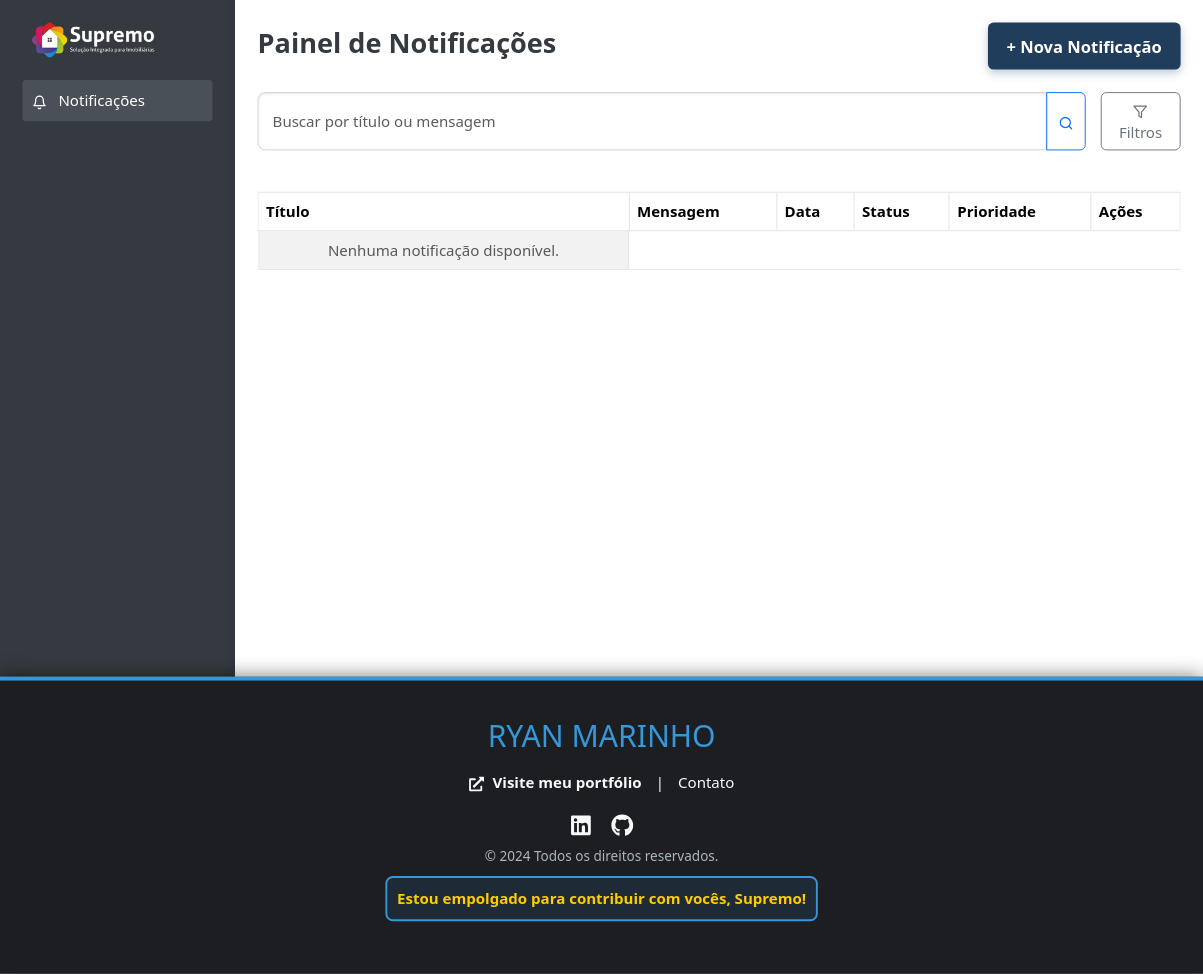
Repository: ryanmarinhodev/Supremo-teste-tecnico
Page: /notifications
The author's editor kept a copy of each file at every save. The page is drawn from the files as they stood at one save, then again after the next save.
The browser window is 1280 px wide. The pictures show the whole page, at 94% of full size.
The pointer rests on the first visible `.footer-note`.
The project was rebuilt for these pictures with package versions that can differ from the ones it lists, and the page was loaded fresh each time. Also part of the build but not shown: src/App.css, src/Components/Login/index.jsx.

Above is the page before, as saved 2024-11-07 20:07:50.

After the next save:
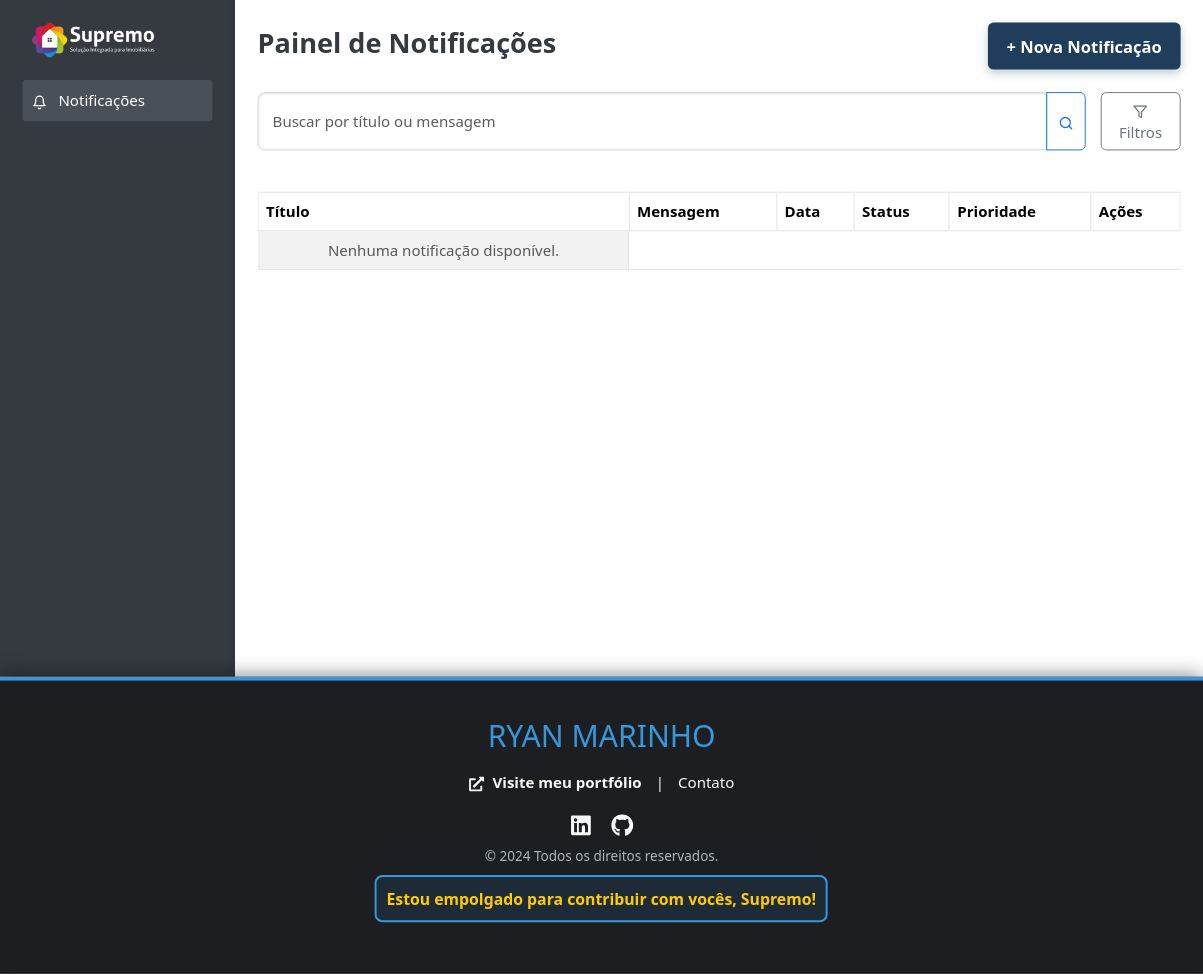
Saved 16 s later.
--- a/src/Components/Notifications/notification.css
+++ b/src/Components/Notifications/notification.css
@@ -287,3 +287,7 @@ button:hover {
   background-color: rgba(52, 152, 219, 0.1); /* Fundo leve azul claro */
   transition: transform 0.3s; /* Transição suave para efeito hover */
 }
+
+.footer-note:hover {
+  transform: scale(1.05); /* Efeito de aumento ao passar o mouse */
+}
